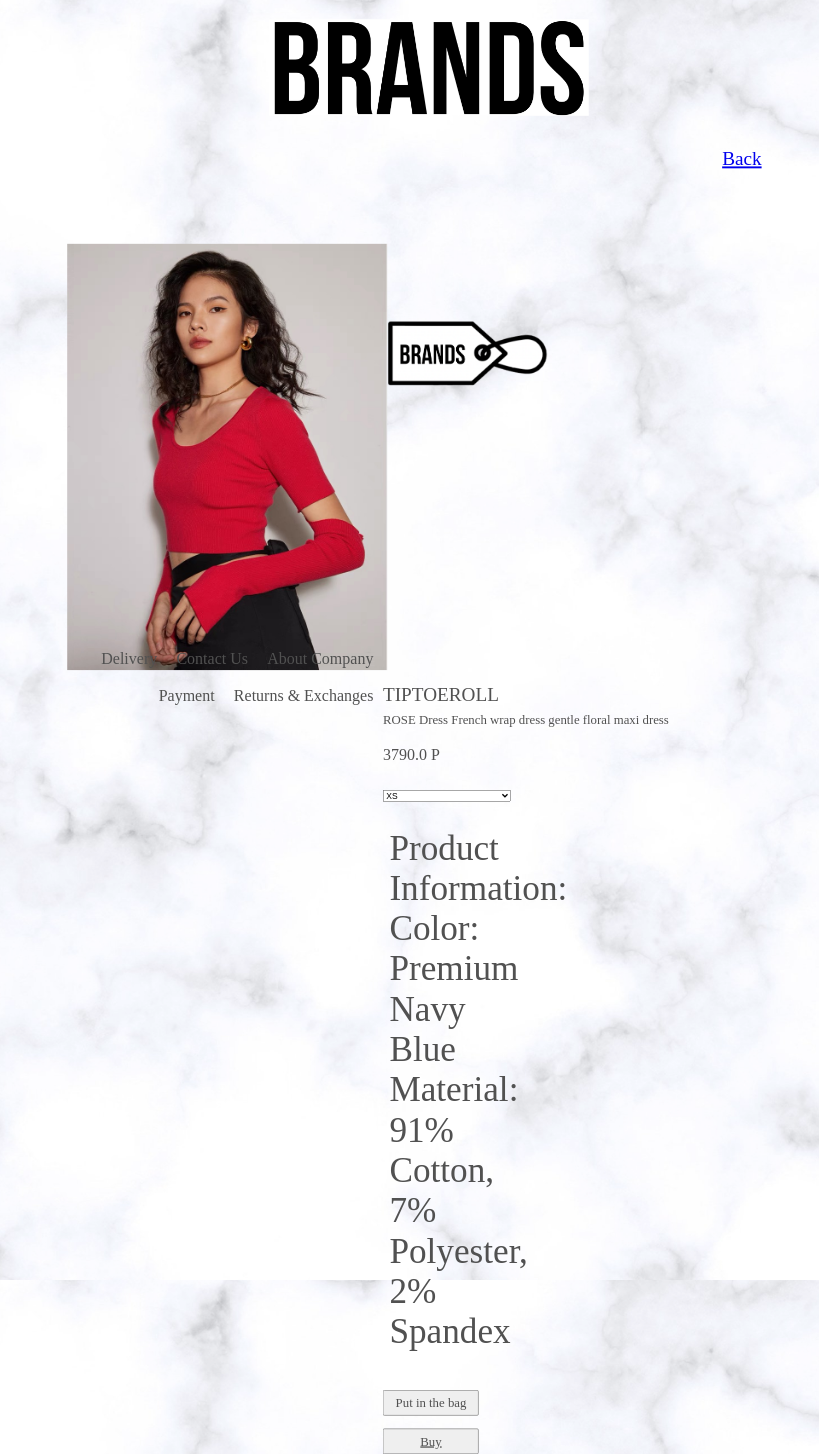
Repository: Sunxu001/OnlineShop-Backend
Page: http://localhost/cloes/F-7638
The author's editor kept a copy of each file at every save. The page is drawn from the files as they stood at one save, then again after a run of saves.
The browser window is 1280 px wide. The pictures show the whole page, at 64% of full size.
The page is served by the project's application, run on Django 4.2 (manage.py). Other server files are loaded and not shown. The page reads the database file committed with the project.

Above is the page before, as saved 2022-06-08 11:41:48.

### WEB-PROJECT/shop/templates/cloes.html
{%load static%}
<!DOCTYPE html>
<html lang="en">
<head>
    <meta charset="UTF-8">
    <meta http-equiv="X-UA-Compatible" content="IE=edge">
    <meta name="description" content="小众品牌集合地，穿出独特风格。"/>
    <meta name="author" content="Sun."/>
    <meta name="keywords" content="购物，小众品牌，衣服"/>
    <meta name="viewport" content="width=device-width, initial-scale=1.0"/>
    <title>Brands</title>
    <link rel="stylesheet" href="{% static './css/Cloes.css' %}" type="text/css"/>
    <script src="{% static './js/brands.js' %}"></script>
    <link rel="stylesheet" href="https://cdnjs.cloudflare.com/ajax/libs/animate.css/4.1.1/animate.min.css"/>
    <link rel="stylesheet" href="https://cdn.jsdelivr.net/npm/@fortawesome/fontawesome-free@5.15.4/css/fontawesome.min.css" integrity="sha384-jLKHWM3JRmfMU0A5x5AkjWkw/EYfGUAGagvnfryNV3F9VqM98XiIH7VBGVoxVSc7" crossorigin="anonymous">
</head>
<body class="top">
    <!---头部菜单-->
    <div class="header">
        <div class="container">
            <!--logo brand-->
            <div class="logo">
               <a href="{% url 'home'%}"><img src="{% static './images/logo.jpg'%}" class="logo_img"></a>
           </div>
     <!---back键-->
     <div class="back-button">
     <div class="Back">
       <a href="{% url 'new'%} " class="btn btn_text">Back</a>
     </div>
<!--衣服单品页-->
     <main class="main" rloe="main">
        <div class="container">
            <div class="row">
                <div class="cloes_p">
                    <img src="{% static './images/TRed.JPG'%}" alt="cloes" class="cloes_img">
                </div>
                <div class="form">
                    <form class="from-container">
                        <p class="brand_name">TIPTOEROLL</p>
                        <p class="product_name">{{product.name}}</p>
                        <p class="brand_price">{{product.shop_price}} Р</p>
                        <div class="input">
                            <select name="close_size" id="size" >
                                <optgroup label="size" class="size_input">
                                     <option value="XS" class="size_text">XS</option>
                                     <option value="S" class="size_text">S</option>
                                     <option value="M" class="size_text">M</option>
                                     <option value="L" class="size_text">L</option>
                                     <option value="XL" class="size_text">XL</option>
                                </optgroup>
                            </select>
                        </div>
                        <div class="product_info">
                            <p class="info_close">{{product.goods_brief}}</p>

                        </div>
                        <div class="button">
                        <button type="submit" class="btn btn-primary btn-bag">Put in the bag</button>
                        <button type="submit" class=" btn btn-primary btn-buy"><a href="{% url 'order' %} "  class=" btn btn-primary btn-buy">Buy</a></button>
                        </div>
                        </div>
                      </form>
                </div>
            </div>
        </div>
      </main>


     <!---footer-->
    <div class="footer">
        <div class="container">
            <div class="left">
                <ul>
                    <il>
                        <img src="{% static './images/tubiao.PNG'%}" class="mark">
                    </il>
                    <il class="footer_text">
                        <a href="#" class="btn btn_function"> About Company</a>
                    </il>
                    <il class="footer_text">
                        <a href="#" class="btn btn_function"> Contact Us</a>
                    </il>
                    <il class="footer_text">
                        <a href="#" class="btn btn_function">Delivery</a>
                    </il>
                    <il class="footer_text">
                        <a href="#" class="btn btn_function">Returns & Exchanges </a>
                    </il>
                    <il class="footer_text">
                        <a href="#" class="btn btn_function">Payment</a>
                    </il>
                </ul>
            </div>
        </div>
    </div>
</body>
</html>

### WEB-PROJECT/shop/models.py
import string
from termios import CREAD
from unicodedata import name
from django.db import models
from django.contrib.auth.models import AbstractUser
import hashlib

# Create your models here.
class Order(models.Model):
    CASH = 'cash'
    CRAD = 'card'
    PAYPAL = 'paypal'
    PAY_TYPE = (
        (CASH,"cash"),
        (CRAD, "card"),
        (PAYPAL,"paypal"),
    )
    family_name = models.CharField( max_length=50, blank=False, null=False)
    first_name = models.CharField( max_length=50, blank=False, null=False)
    email = models.EmailField()
    phone = models.CharField(max_length=11, verbose_name="phone number", default="")
    address = models.CharField(max_length=200)
    quantity = models.IntegerField("Purchase quantity",default=0)
    pay_type = models.CharField("pay type",choices=PAY_TYPE, default="card",max_length=10)
    order_mount = models.FloatField("order mount",default=0.0)

def __str__(self):
    return f"{self.famliy_name} {self.first_name}"

class Login(models.Model):
    phone = models.CharField(max_length=11, verbose_name="phone number", default="")
    password = models.CharField(max_length=20)

def __str__(self):
    return f"{self.phone}"

class Subscription(models.Model):
    name = models.CharField( max_length=200, blank=False, null=False)
    email = models.EmailField()
    phone = models.CharField(max_length=11, verbose_name="phone number", default="")
def __str__(self):
    return f"{self.email}"

class Goods(models.Model):
    close_image = models.ImageField()
    goods_code = models.CharField("number of goods", max_length=50, default="")
    name = models.CharField("name of goods", max_length=100, )
    goods_num = models.IntegerField("Inventory", default=0)
    market_price = models.FloatField("market price", default=0)
    shop_price = models.FloatField("shop price", default=0)
    goods_brief = models.TextField("Product short description", max_length=500)

    def __str__(self):
        return self.name

### WEB-PROJECT/shop/views.py
from itertools import product
from django.shortcuts import render, HttpResponse
from rest_framework import viewsets
from shop import models as shop_models
from shop import serializers as shop_serializers
from .forms import LoginForm
from django.contrib.auth.views import LoginView
from django.contrib.auth.decorators import login_required
from .models import Goods


# Create your views here.
class GoodsViewSets(viewsets.ModelViewSet):
    queryset = shop_models.Goods.objects.all()
    serializer_class = shop_serializers.GoodsSerializer



def home_page(request):
    products = Goods.objects.all()
    return render(request, 'index.html', {'products':products})

def new_page(request):
    products = Goods.objects.all()
    return render(request, 'new.html',{'products':products})

def cloes_page(request, goods_code):
    product = Goods.objects.filter(goods_code = goods_code).first()
    return render(request, 'cloes.html', {'product':product})

def login_page(request):

    return render(request, 'login.html')

def message_page(request):

    return render(request, 'message.html')

def order_page(request):

    return render(request, 'order.html')

def regiter_page(request):

    return render(request, 'regiter.html')

### WEB-PROJECT/brand/urls.py
"""brand URL Configuration

The `urlpatterns` list routes URLs to views. For more information please see:
    https://docs.djangoproject.com/en/4.0/topics/http/urls/
Examples:
Function views
    1. Add an import:  from my_app import views
    2. Add a URL to urlpatterns:  path('', views.home, name='home')
Class-based views
    1. Add an import:  from other_app.views import Home
    2. Add a URL to urlpatterns:  path('', Home.as_view(), name='home')
Including another URLconf
    1. Import the include() function: from django.urls import include, path
    2. Add a URL to urlpatterns:  path('blog/', include('blog.urls'))
"""
from django.contrib import admin
from django import urls
from django.urls import path, include
from shop.views import home_page, new_page, cloes_page, login_page, message_page, order_page, regiter_page
from django.conf.urls.static import static
from django.shortcuts import HttpResponse
from django.shortcuts import render
from django.conf import settings
from django.contrib.auth import views as auth_views





urlpatterns = [
    path('admin/', admin.site.urls),
    path('api/', include('shop.urls'), name="api"),
    path('', home_page, name="home"),
    path('new/',new_page, name="new"),
    path('cloes/<str:goods_code>',cloes_page, name="cloes"),
    path('login/',login_page,  name='login'),
    path('message/',message_page, name="message"),
    path('order/',order_page, name="order"),
    path('regiter/',regiter_page, name="regiter"),

]+ static(settings.STATIC_URL,document_root = settings.STATIC_ROOT)

### WEB-PROJECT/shop/urls.py
from django import urls
from django.contrib import admin
from django.urls import path, include
from rest_framework import routers
from shop import views as shop_views
from .import views
router = routers.SimpleRouter()

router.register(r'goods', shop_views.GoodsViewSets)

urlpatterns = [
    path('shop/', include(router.urls)),
]

### WEB-PROJECT/shop/static/css/Cloes.css
body{
    background-image: url(../images/bg-tone.PNG);
  }
  .container {
      width: 1170px;
      margin: 0 auto;
      padding: 0 15px;
  }

  *{
      margin:0;
      padding:0;
  }
  div, p, input, button, form, span, a, ul, li {
      box-sizing: border-box;
  }
  ul{
      list-style: none;
      padding:0;
  }
  .btn:hover{
      text-decoration: underline;
  }

 /*Logo brand*/
.logo{
    display: block;
    width: 500px;
    padding: 30px;
    margin: 0 auto;
  }
  .logo_img{
    display: block;
    width: 500px;
  }

/*back键*/
.back-button{
    padding-top: 100px;
}
.Back{
    font-size: 30px;
    display:block;
    float: right;
}
.back-button{
    padding: 20px;
}
/*衣服产品展示*/
.row{
    padding-top: 50px;
}
.cloes_p{
    width: 500px;
    padding-top: 100px;
    display: inline;
    float: inline-start;
}
.cloes_img{
    width: 500px;
    height: auto;
}
.brand_name{
    color: #515151;
    font-size: 30px;
    font-weight: 300;
    font-family: 'Raleway';
    display: block;
}
.product_name{
    color: #515151;
    font-size: 20px;
    font-weight: 300;
    font-family: 'Raleway';
    display: block;
    padding-top: 10px;
}
.brand_price{
    color: #515151;
    font-size: 25px;
    font-weight: 300;
    font-family: 'Raleway';
    display: block;
    padding-top: 30px;
}
#size{
    width: 200px;
    height: auto;
    margin-top: 40px;
}
option {
    font-weight: normal;
    display: block;
    white-space: nowrap;
    min-height: 1.2em;
    padding: 0px 2px 1px;
    font-size: 16px;
}

.form{
    display: inline;
    float: right;
    padding-right:200px;
}
.from-container{
    width: 400px;
    padding: 30px;
    margin: 10px 0 0 0;
    display: inline;
}

.form-control{
    width: 300px;
    height: 40px;
    display: inline;
}
.product_info{
    width: 200px;
    padding-top: 30px;
}
.info_close{
    color: #515151;
    font-size: 55px;
    font-weight: 300;
    font-family: 'Raleway';
    margin: 10px;
}
.button{
    width: 150px;
    height: 40px;
    display: block;
    padding-top: 50px;
}
.btn-primary{
    width: 150px;
    height: 40px;
    color: #515151;
    font-size: 20px;
    font-weight: 300;
    font-family: 'Raleway';
}
.btn-buy{
   margin-top: 20px;
   color: #515151;
}





/*脚部*/
.left{
    margin-top: 50px;
    display: block;
}
.mark{
    width: 250px;
    height: auto;
    display: block;
    padding-top: 150px;
}
.btn_function{
    text-decoration: none;
    color: #515151;
    font-size: 25px;
    font-weight: 300;
    font-family: 'Raleway';
    margin: 15px;
    display: block;
    float: right;
    position: relative;
    top: -50px;;
}
/*响应*/
@media screen and (max-width: 1200px)
{
    .logo_img{
		width: 100%;
		margin-top: 40px
	}
}
@media screen and (max-width: 992px)
{
	.container{
		width: 720px;
	}
    .logo_img{
        width: 370px;
        padding-left: 50px;
      }
    .cloes_img{
        width: 300px;
    }
    .form{
        width: 300px;
        height: auto;
    }
    .brand_name{
        font-size: 25px;
    }
    .product_name{
        font-size: 15px;
        padding-top: 10px;
        width: 400px;
    }
    .brand_price{
        font-size: 20px;
        padding-top: 10px;
    }
    #size{
        margin-top: 10px;
    }
    .product_info{
        padding-top: 5px;
        width: 400px;
    }
    .button{
        padding-top: 20px;
    }
  .left{
    margin: 10px;
  }
  .mark{
    visibility:hidden;
    padding-top: 50px;
  }
  .btn_function{
    font-size: 17px;
  }

}

@media screen and (max-width: 768px)
{
	.container{
		width: 540px;
	}
    .cloes_img{
        width: 400px;
        padding-left: 60px;
    }
    .form{
        width: 400px;
    }
      .btn_function{
        font-size: 17px;
        padding-right: 80px;
      }
}

@media screen and (max-width: 576px)
{
    .logo_img{
        width: 300px;
        padding-left: 80px;
      }
    .cloes_img{
        width: 300px;
        padding-left: 100px;
    }
    .form{
        width: 400px;
        padding-right: 100px;
    }
.mark{
  padding-top: 50px;

}
  .btn_function{
    font-size: 20px;
    width: 300px;
    margin-top: 10px;
  }

}

### WEB-PROJECT/db.sqlite3 (the tables this page reads, as SQL)
CREATE TABLE "shop_goods" ("id" integer NOT NULL PRIMARY KEY AUTOINCREMENT, "close_image" varchar(100) NOT NULL, "goods_code" varchar(50) NOT NULL, "name" varchar(100) NOT NULL, "goods_num" integer NOT NULL, "market_price" real NOT NULL, "shop_price" real NOT NULL, "goods_brief" text NOT NULL);
INSERT INTO "shop_goods" VALUES
(3, 'Tblackm.JPG', 'Y-2022527', 'TR ELLE Top slim black long-sleeved', 200, 1590.0, 2590.0, 'Product Information:

Color: Premium Navy Blue

Material: 91% Cotton, 7% Polyester, 2% Spandex'),
(4, 'TRed_LgCYqF9.JPG', 'S-8965457', 'ROSIE Sweater Red Top  Sweater', 300, 2690.0, 3690.0, 'Product Information:

Color: Premium Navy Blue

Material: 91% Cotton, 7% Polyester, 2% Spandex'),
(5, 'Tblack_v2PUIej.jpg', 'D-027358', 'LEA Cardigan Black and White Checkerboard Top', 100, 2590.0, 3590.0, 'Product Information:

Color: Premium Navy Blue

Material: 91% Cotton, 7% Polyester, 2% Spandex'),
(6, 'Tskirtpink.JPG', 'Q-56789', 'ROSE Dress French wrap dress gentle floral maxi dress', 90, 3230.0, 4230.0, 'Product Information:

Color: Premium Navy Blue

Material: 91% Cotton, 7% Polyester, 2% Spandex'),
(7, 'Tpanes.JPG', 'P-23456', 'KIRA Jeans Skinny Stretch Jeans', 50, 2590.0, 3590.0, 'Product Information:

Color: Premium Navy Blue

Material: 91% Cotton, 7% Polyester, 2% Spandex'),
(8, 'Tpanes_HnXi4b8.JPG', 'D-023974', 'KIRA Jeans Skinny Stretch Jeans', 200, 2590.0, 3590.0, 'Product Information:

Color: Premium Navy Blue

Material: 91% Cotton, 7% Polyester, 2% Spandex'),
(9, 'Tblack_MXNQo3E.jpg', 'V-03457', 'KIRA Jeans Skinny Stretch Jeans', 45, 2590.0, 3590.0, 'Product Information:

Color: Premium Navy Blue

Material: 91% Cotton, 7% Polyester, 2% Spandex'),
(10, 'Tskirtpink_YsWRd1Z.JPG', 'Q-1234', 'ROSE Dress French wrap dress gentle floral maxi dress', 60, 1980.0, 2980.0, 'Product Information:

Color: Premium Navy Blue

Material: 91% Cotton, 7% Polyester, 2% Spandex'),
(11, 'Tskirtpink_uR2AEGo.JPG', 'F-7638', 'ROSE Dress French wrap dress gentle floral maxi dress', 80, 1790.0, 3790.0, 'Product Information:

Color: Premium Navy Blue

Material: 91% Cotton, 7% Polyester, 2% Spandex');

After the next 3 saves:
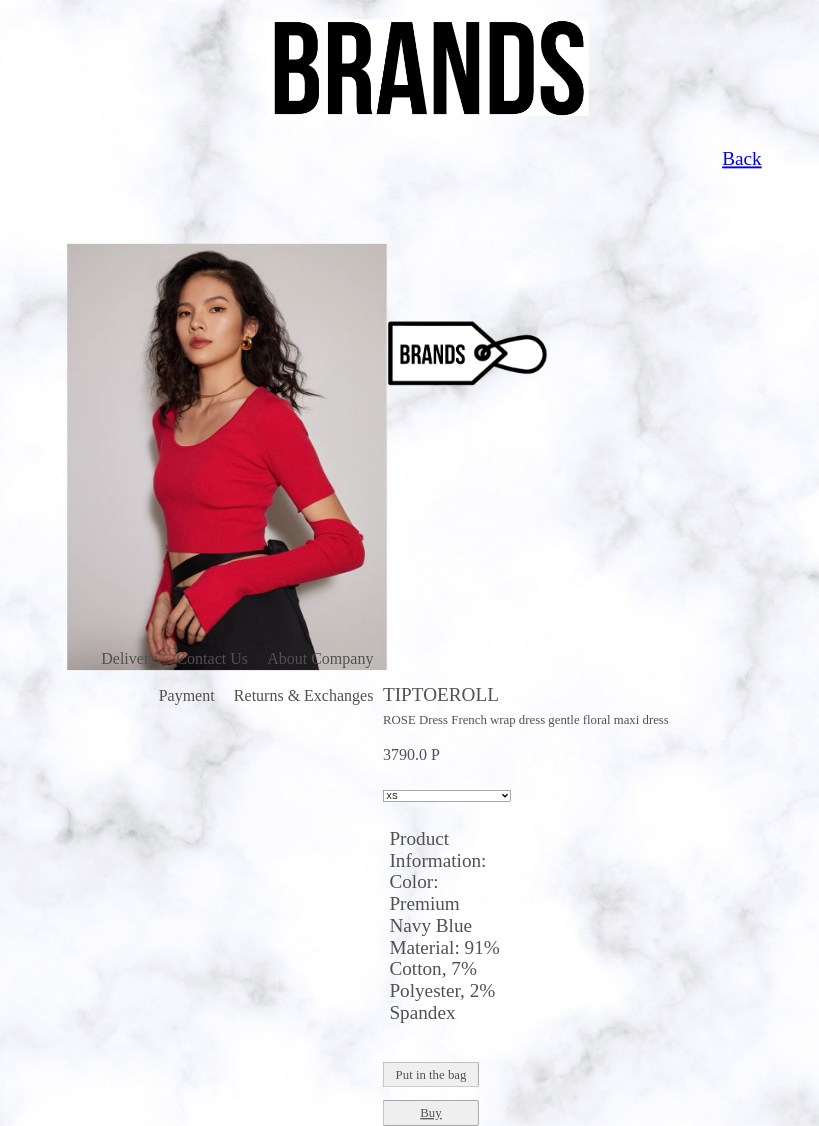
The 3 saves are shown as one change because they came seconds apart.
The last was saved 2 min 52 s later.
--- a/WEB-PROJECT/shop/static/css/Cloes.css
+++ b/WEB-PROJECT/shop/static/css/Cloes.css
@@ -120,7 +120,7 @@ option {
 }
 .info_close{
     color: #515151;
-    font-size: 55px;
+    font-size: 30px;
     font-weight: 300;
     font-family: 'Raleway';
     margin: 10px;
